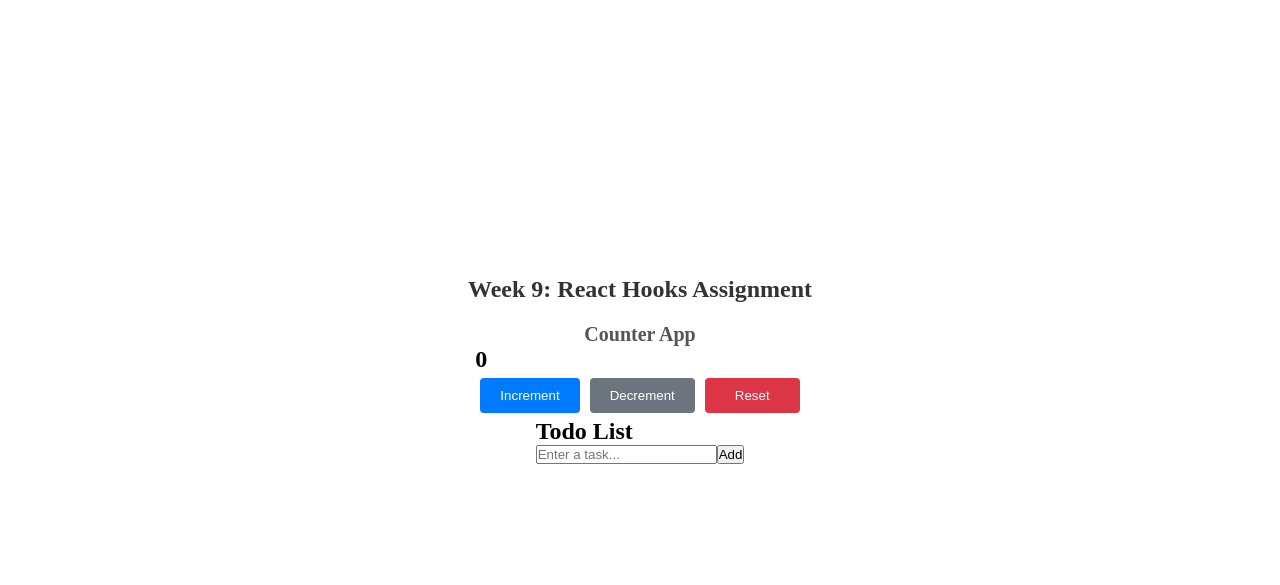
Repository: Daki-builds/REACT-HOOKS
Page: /
These files come from the project's save history. The page is drawn as it stood at one moment and after the next save; the edit follows.
The browser window is 1280 px wide. The pictures show the whole page.
The project was rebuilt for these pictures with package versions that can differ from the ones it lists, and the page was loaded fresh each time. Also part of the build but not shown: vite.config.js, src/index.css.

Above is the page before, as saved 2026-10-28 13:53:46.

### index.html
<!doctype html>
<html lang="en">
  <head>
    <meta charset="UTF-8" />
    <link rel="icon" type="image/svg+xml" href="/favicon.svg" />
    <meta name="viewport" content="width=device-width, initial-scale=1.0" />
    <title>week9-hooks-practice</title>
  </head>
  <body>
    <div id="root"></div>
    <script type="module" src="/src/main.jsx"></script>
  </body>
</html>

### src/App.jsx
import Counter from "./components/Counter";
import "./App.css";
import TodoList from "./components/TodoList";

function App() {
  return (
    <div className="app">
      <h1 className="app-title">Week 9: React Hooks Assignment</h1>
      <Counter />
      <TodoList />
    </div>
  );
}

export default App;

### src/components/Counter.jsx
import React, { useState } from "react";

function CounterApp() {
  const [count, setCount] = useState(0);

  const increment = () => {
    setCount((Count) => Count + 1);
  };

  const decrement = () => {
    setCount((Count) => Count - 1);
  };

  const reset = () => {
    setCount(0);
  };

  return (
    <div>
      <h1 className="counter-title">Counter App</h1>
      <h2>{count}</h2>

      <div>
        <button onClick={increment} className="btn-primary">
          Increment
        </button>
        <button onClick={decrement} className=" btn-secondary">
          Decrement
        </button>
        <button onClick={reset} className="btn-danger">
          Reset
        </button>
      </div>
    </div>
  );
}

export default CounterApp;

### src/App.css
* {
  margin: 0;
  padding: 0;
}

.app {
  display: flex;
  flex-direction: column;
  align-items: center;
  justify-content: center;
  min-height: 100vh;
}

.app-title {
  text-align: center;
  margin-top: 20px;
  font-size: 24px;
  color: #333;
}
.counter-title {
  text-align: center;
  margin-top: 20px;
  font-size: 20px;
  color: #555;
}

.btn-primary {
  background-color: #007bff;
  color: white;
  border: none;
  border-radius: 4px;
  padding: 10px 20px;
  margin: 5px;
  cursor: pointer;
}

.btn-secondary {
  background-color: #6c757d;
  color: white;
  border: none;
  border-radius: 4px;
  padding: 10px 20px;
  margin: 5px;
  cursor: pointer;
}
.btn-danger {
  background-color: #dc3545;
  color: white;
  border: none;
  border-radius: 4px;
  padding: 10px 30px;
  margin: 5px;
  cursor: pointer;
}

### src/components/TodoList.jsx
import React, { useState } from "react";

function TodoList() {
  const [todos, setTodos] = useState([]);
  const [inputValue, setInputValue] = useState("");
  const handleAddTodo = (e) => {
    e.preventDefault();
    if (inputValue.trim() === "") return;

    const newTodo = {
      id: Date.now(),
      text: inputValue,
    };

    setTodos([...todos, newTodo]);
    setInputValue("");
  };

  const handleDeleteTodo = (idToDelete) => {
    const updatedTodos = todos.filter((todo) => todo.id !== idToDelete);
    setTodos(updatedTodos);
  };

  return (
    <div>
      <h2 className="todo-title">Todo List</h2>

      <form onSubmit={handleAddTodo}>
        <input
          type="text"
          placeholder="Enter a task..."
          value={inputValue}
          onChange={(e) => setInputValue(e.target.value)}
        />
        <button type="submit">Add</button>
      </form>

      <ul>
        {todos.map((todo) => (
          <li key={todo.id}>
            <span>{todo.text}</span>
            <button onClick={() => handleDeleteTodo(todo.id)}>Delete</button>
          </li>
        ))}
      </ul>
    </div>
  );
}

export default TodoList;

### src/components/ProfileCard.jsx
import React, { useState } from "react";

function ProfileCard() {
  const [profile, setProfile] = useState(null);
  const [loading, setLoading] = useState(true);

  useEffect(() => {
    const timer = setTimeout(() => {
      setProfile({
        name: "Ada Lovelace",
        email: "ada@example.com",
        city: "London"
      });
      setLoading(false);
    }, 2000);

    return () => {
      clearTimeout(timer);
    };
  }, []);

  if (loading) {
    return <div>Loading...</div>;
  }

  return (
    <div>
      <h2>Profile Card</h2>
      <p>Name: {profile.name}</p>
      <p>Email: {profile.email}</p>
      <p>City: {profile.city}</p>
    </div>
  );
}

export default ProfileCard;

### src/components/SearchBox.jsx
import React, { useState } from "react";

function SearchBox() {
  const [text, setText] = useState("");

  const inputRef = useRef(null);

  const renderCount = useRef(0);

  renderCount.current = renderCount.current + 1;

  useEffect(() => {
    inputRef.current.focus();
  }, []);
  return (
    <div>
      <h2>Search Box</h2>

      <input
        ref={inputRef}
        type="text"
        placeholder="Type to search..."
        value={text}
        onChange={(e) => setText(e.target.value)}
      />

      <p>Your search text: {text}</p>
      <p>Component render count: {renderCount.current}</p>
    </div>
  );
}

export default SearchBox;

Loaded but not shown: src/main.jsx (common file)

After the next save:
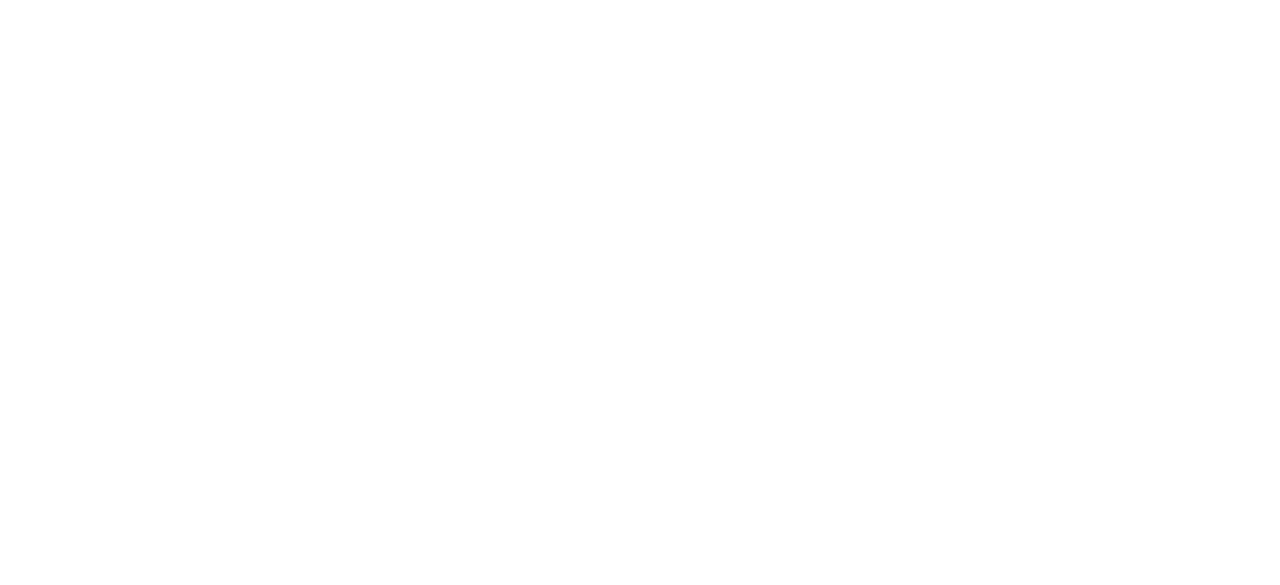
Console error: ReferenceError: useEffect is not defined
Saved 27 h 12 min later.
--- a/src/App.jsx
+++ b/src/App.jsx
@@ -1,12 +1,16 @@
 import Counter from "./components/Counter";
+import ProfileCard from "./components/ProfileCard";
+import SearchBox from "./components/SearchBox";
+import TodoList from "./components/TodoList";
 import "./App.css";
-import TodoList from "./components/TodoList";
 
 function App() {
   return (
     <div className="app">
       <h1 className="app-title">Week 9: React Hooks Assignment</h1>
       <Counter />
+      <ProfileCard />
+      <SearchBox />
       <TodoList />
     </div>
   );

After the 4 saves that followed:
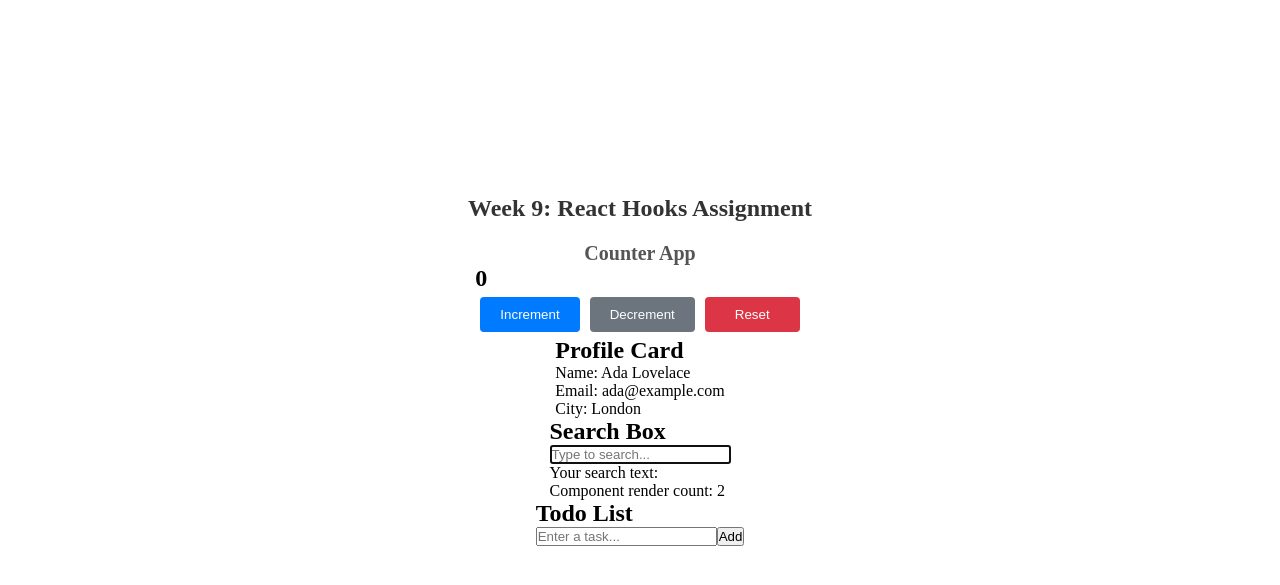
The error is gone.
The 4 saves are shown as one change because 3 left the picture as it was.
The last was saved 11 min 9 s later.
--- a/src/components/ProfileCard.jsx
+++ b/src/components/ProfileCard.jsx
@@ -1,4 +1,4 @@
-import React, { useState } from "react";
+import React, { useState, useEffect } from "react";
 
 function ProfileCard() {
   const [profile, setProfile] = useState(null);
@@ -9,7 +9,7 @@ function ProfileCard() {
       setProfile({
         name: "Ada Lovelace",
         email: "ada@example.com",
-        city: "London"
+        city: "London",
       });
       setLoading(false);
     }, 2000);
--- a/src/components/SearchBox.jsx
+++ b/src/components/SearchBox.jsx
@@ -1,4 +1,4 @@
-import React, { useState } from "react";
+import React, { useState, useRef, useEffect } from "react";
 
 function SearchBox() {
   const [text, setText] = useState("");
